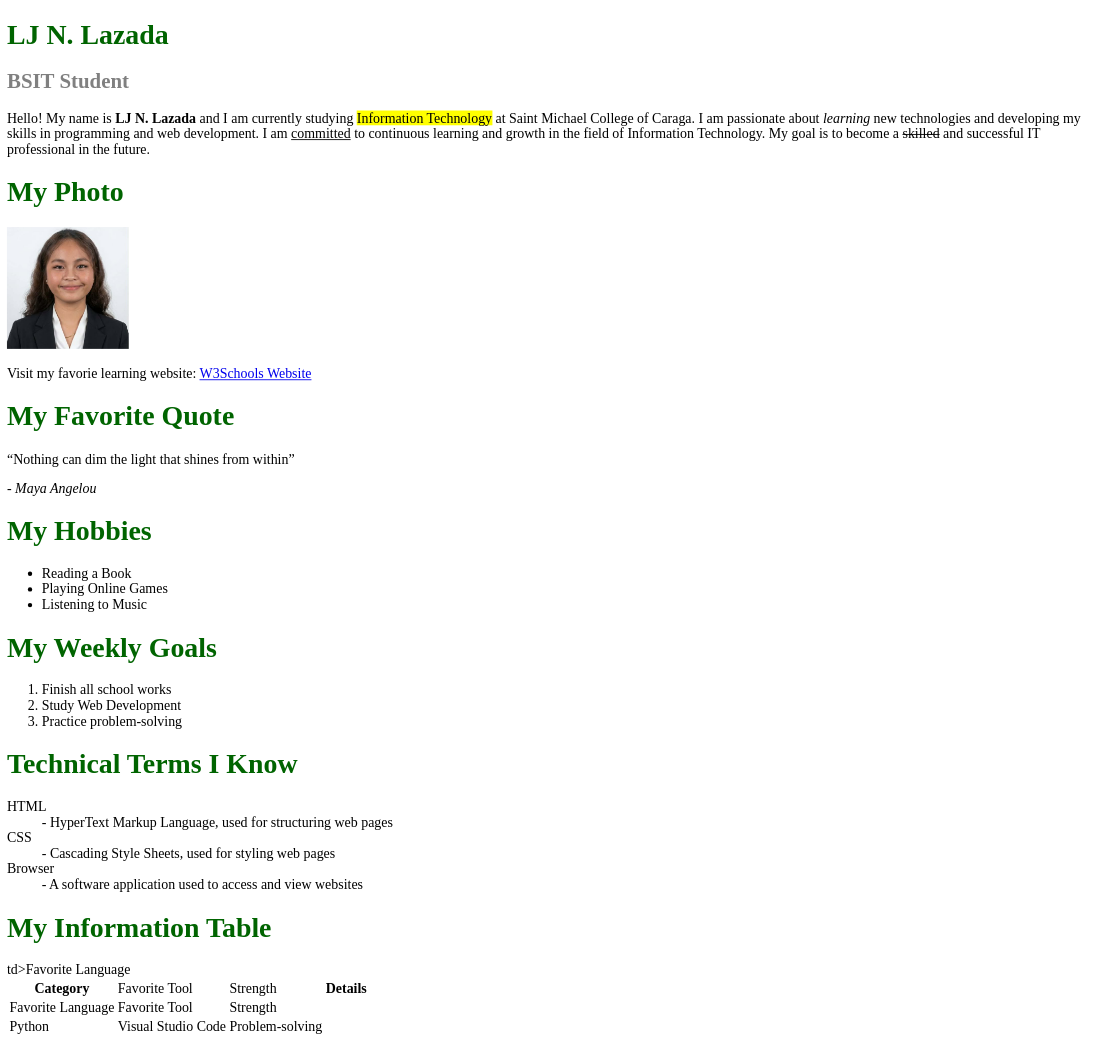
Repository: ljlazada11/myfirsthtml
Page: index.html
The author's editor kept a copy of each file at every save. The page is drawn from the files as they stood at one save, then again after the next save.
The browser window is 1280 px wide. The pictures show the whole page, at 87% of full size.

Above is the page before, as saved 2026-06-24 20:35:10.

After the next save:
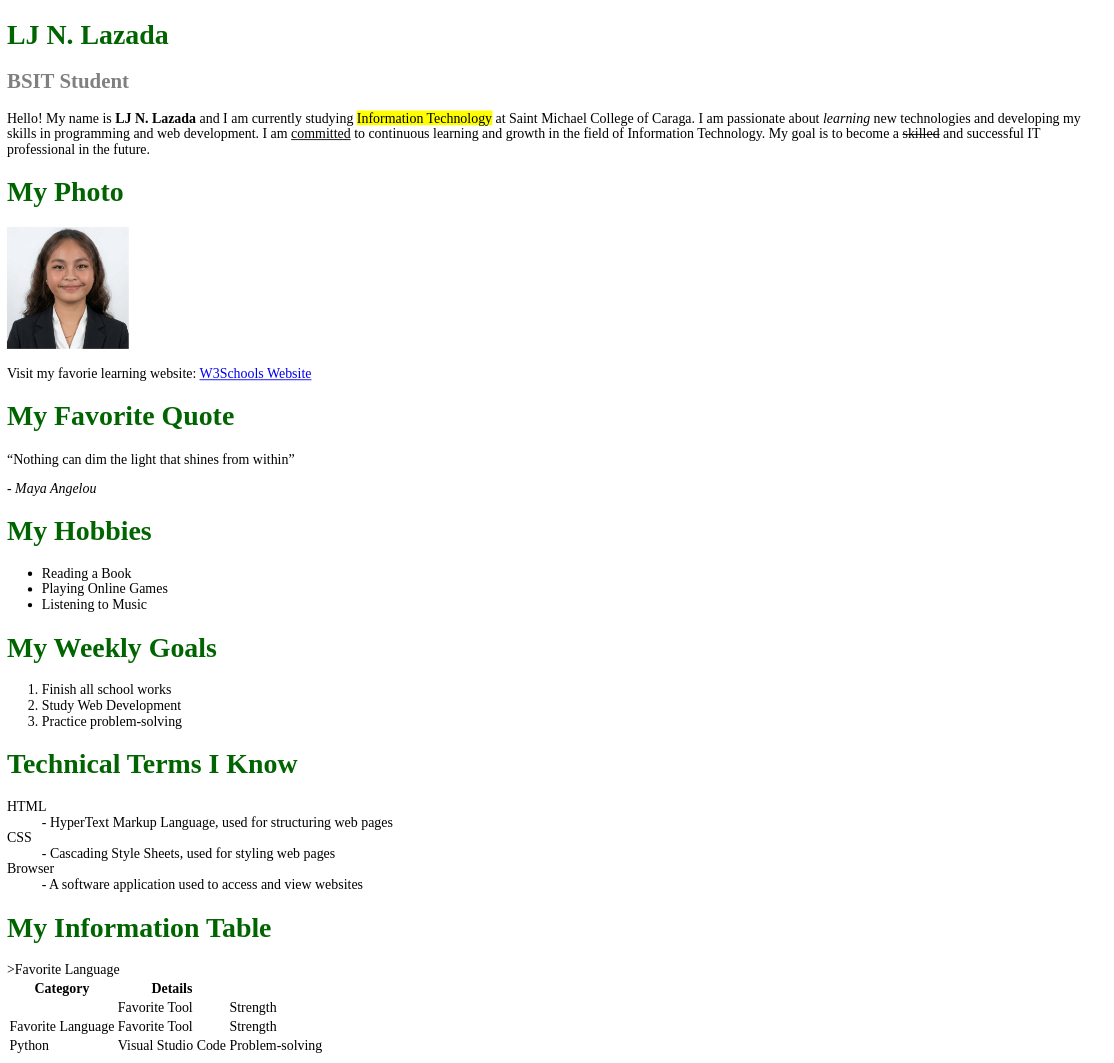
Saved 62 s later.
--- a/index.html
+++ b/index.html
@@ -48,12 +48,12 @@
     <h1 style="color:darkgreen">My Information Table</h1>
 <table style="width: 40;%">
   <tr>
-    <th>Category</th> td>Favorite Language</td>
+    <th>Category</th>
+    <th>Details</th>
+  </tr>
+    <td></td>>Favorite Language</td>
     <td>Favorite Tool</td>
     <td>Strength</td>
-
-    <th>Details</th>
-  </tr>
   <tr>
     <td>Favorite Language</td>
     <td>Favorite Tool</td>
